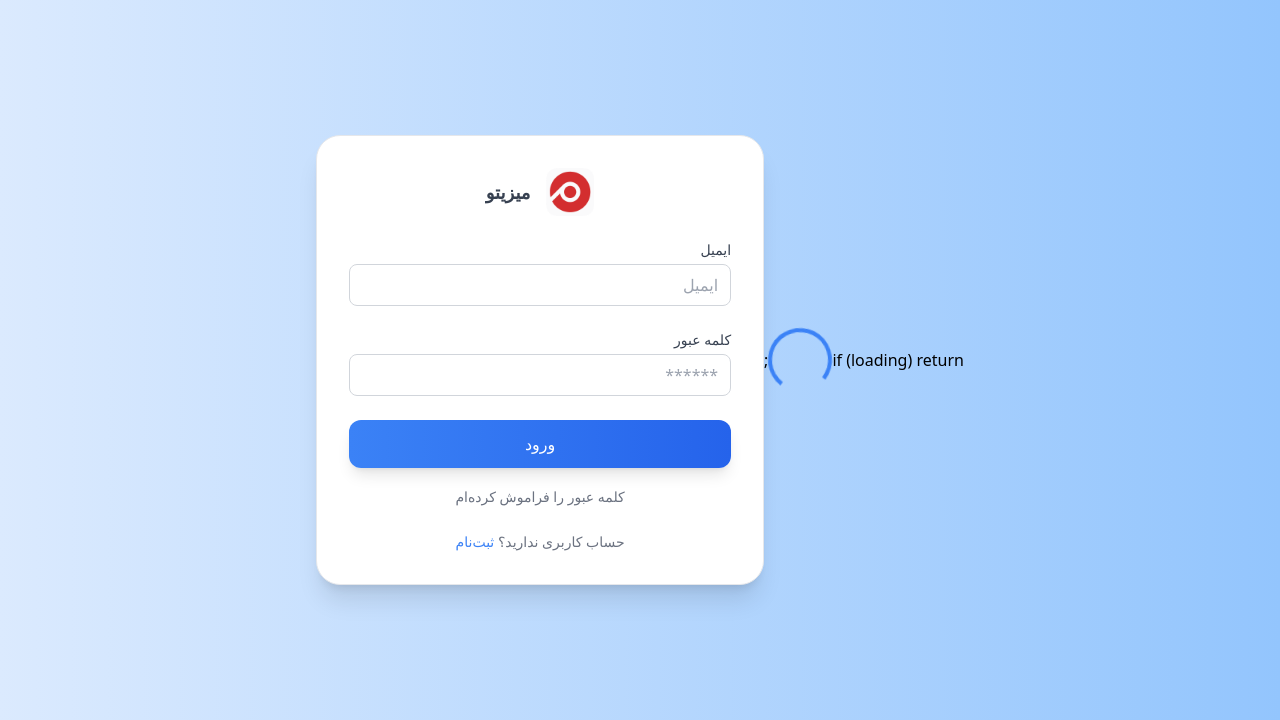
Repository: spnovaa/work-hive
Page: /login (app in front_end/)
These files come from the project's save history. The page is drawn as it stood at one moment and after the next save; the edit follows.
The browser window is 1280 px wide. The pictures show the whole page.
The page's requests for data from a server got no answer. The project was rebuilt for these pictures with package versions that can differ from the ones it lists, and the page was loaded fresh each time. No one was signed in, and anything a server would have sent is missing. Also part of the build but not shown: front_end/src/pages/registration.jsx, front_end/src/components/profile/dropdown.jsx, front_end/src/components/profile/profileSection.jsx, front_end/src/components/dashboardSidebar.jsx, front_end/src/pages/home.jsx, front_end/src/components/project/projectCardComponent.jsx, front_end/src/components/project/projectDashboard.jsx, front_end/src/components/project/projectDetails.jsx and 3 more.

Above is the page before, as saved 2025-01-16 23:24:33.

After the next save:
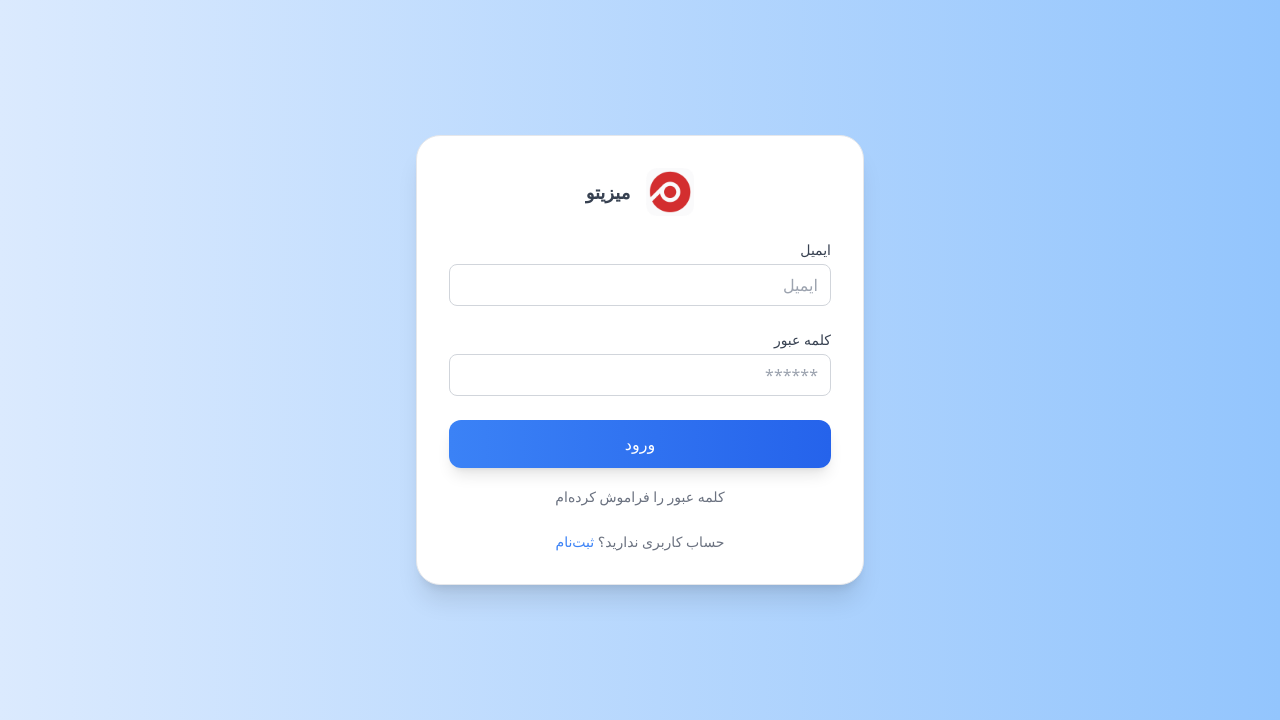
Saved 13 s later.
--- a/front_end/src/pages/login.jsx
+++ b/front_end/src/pages/login.jsx
@@ -38,7 +38,11 @@ const Login = () => {
       className="min-h-screen flex items-center justify-center bg-gradient-to-r from-blue-100 to-blue-300"
       style={{ direction: 'rtl' }}
     >
-     if (loading) return <Spinner />;
+       {loading && (
+            <div className="absolute inset-0 bg-opacity-50 bg-gray-100 flex items-center justify-center z-50">
+                <Spinner />
+            </div>
+        )}
       <div className="w-full max-w-md bg-white p-8 rounded-3xl shadow-xl border border-gray-200">
         <div className="text-center mb-6 flex items-center justify-center space-x-reverse space-x-2">
           <img src={logoImage} alt="لوگوی میزیتو" className="h-12" />
